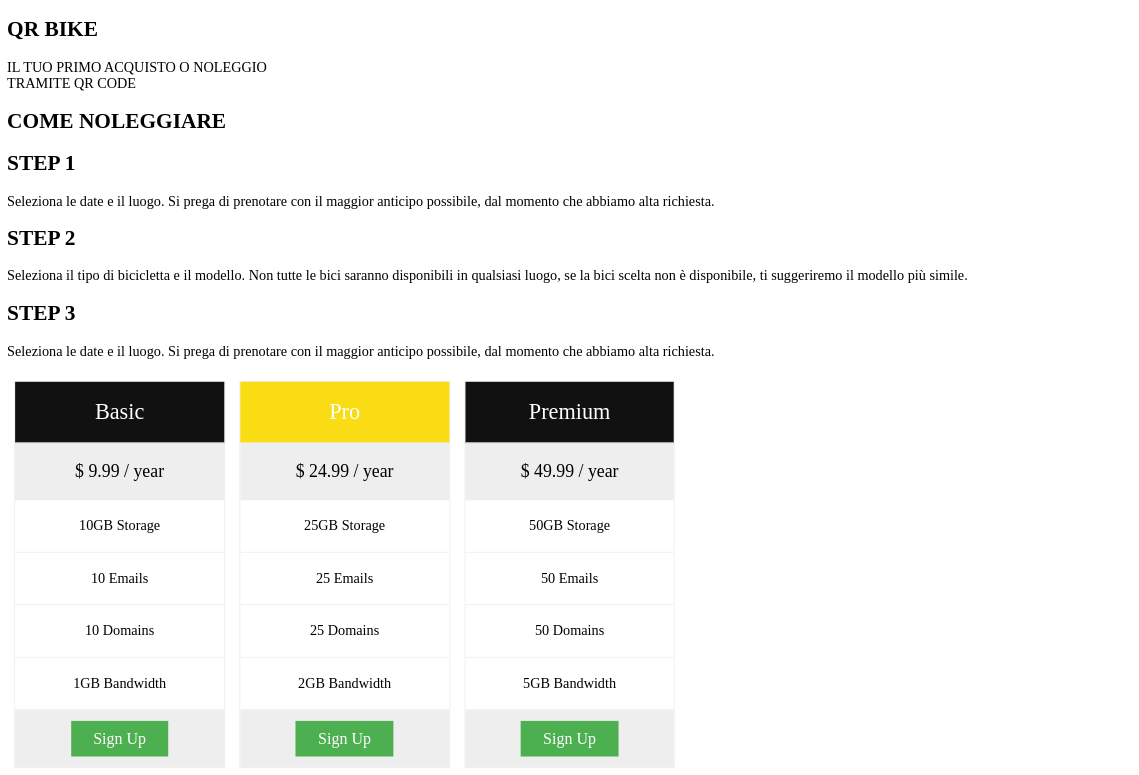
Repository: andrealepori/qrbike
Page: noleggio.html
These files come from the project's save history. The page is drawn as it stood at one moment and after the next save; the edit follows.
The browser window is 1280 px wide. The pictures show the whole page, at 89% of full size.

Above is the page before, as saved 2020-09-18 09:20:56.

After the next save:
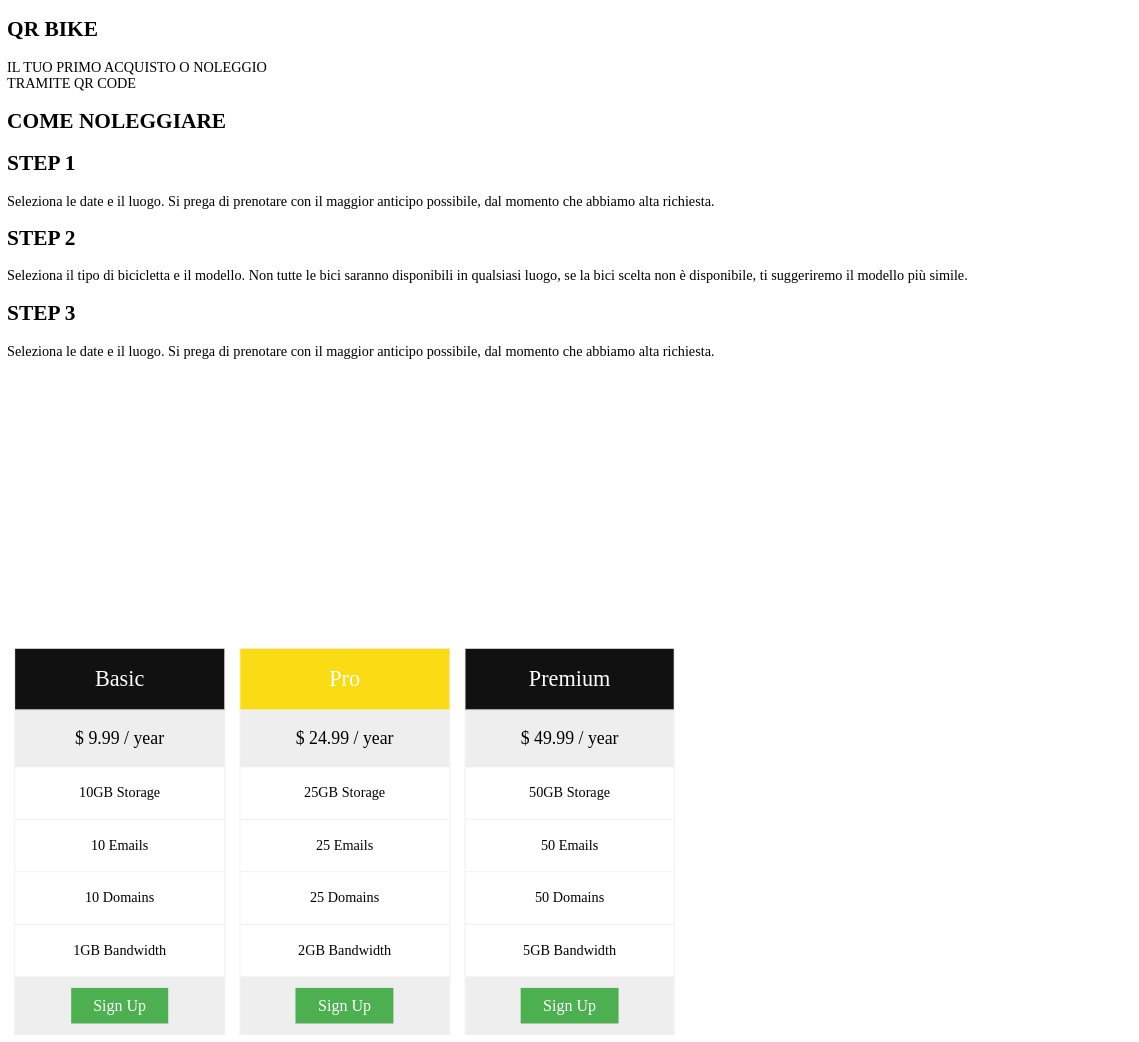
Saved 24 s later.
--- a/css/calendario.css
+++ b/css/calendario.css
@@ -7,6 +7,10 @@
     float: left;
     width: 20%;
     padding: 8px;
+}
+
+.posizione{
+    padding-top: 300px;
 }
 
 /* Style the list */
